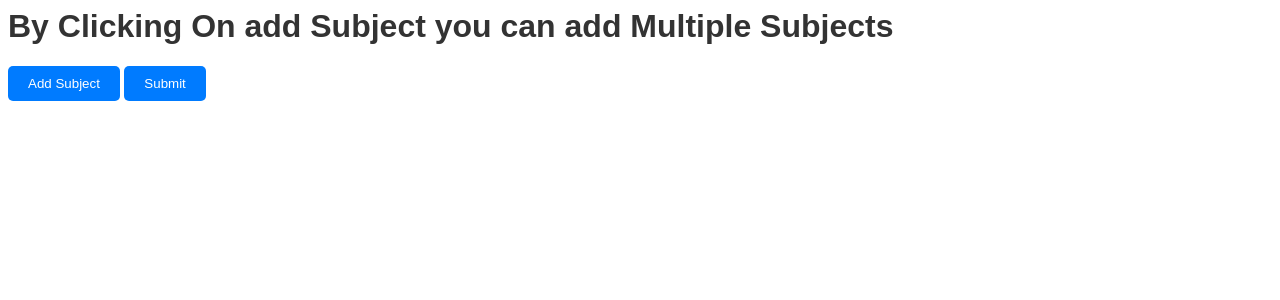
Repository: meghanathG/cgpa-calculator
Page: http://localhost/CGPACalculator/subjects.jsp
An editor plug-in stored every save of this project. The page is shown before and after the next save, followed by the edit.
The browser window is 1280 px wide. The pictures show the whole page.
The page is served by Tomcat 9.

Above is the page before, as saved 2024-06-09 05:17:21.

After the next save:
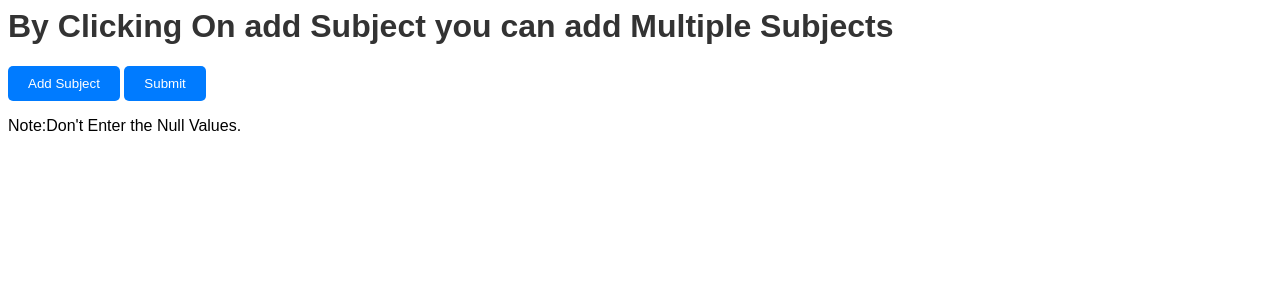
Saved 16 s later.
--- a/CGPACalculator/src/main/webapp/subjects.jsp
+++ b/CGPACalculator/src/main/webapp/subjects.jsp
@@ -67,6 +67,7 @@
         <button type="submit">Submit</button>
     </form>
     <footer>
+    Note:Don't Enter the Null Values.
     </footer>
 </body>
 </html>
